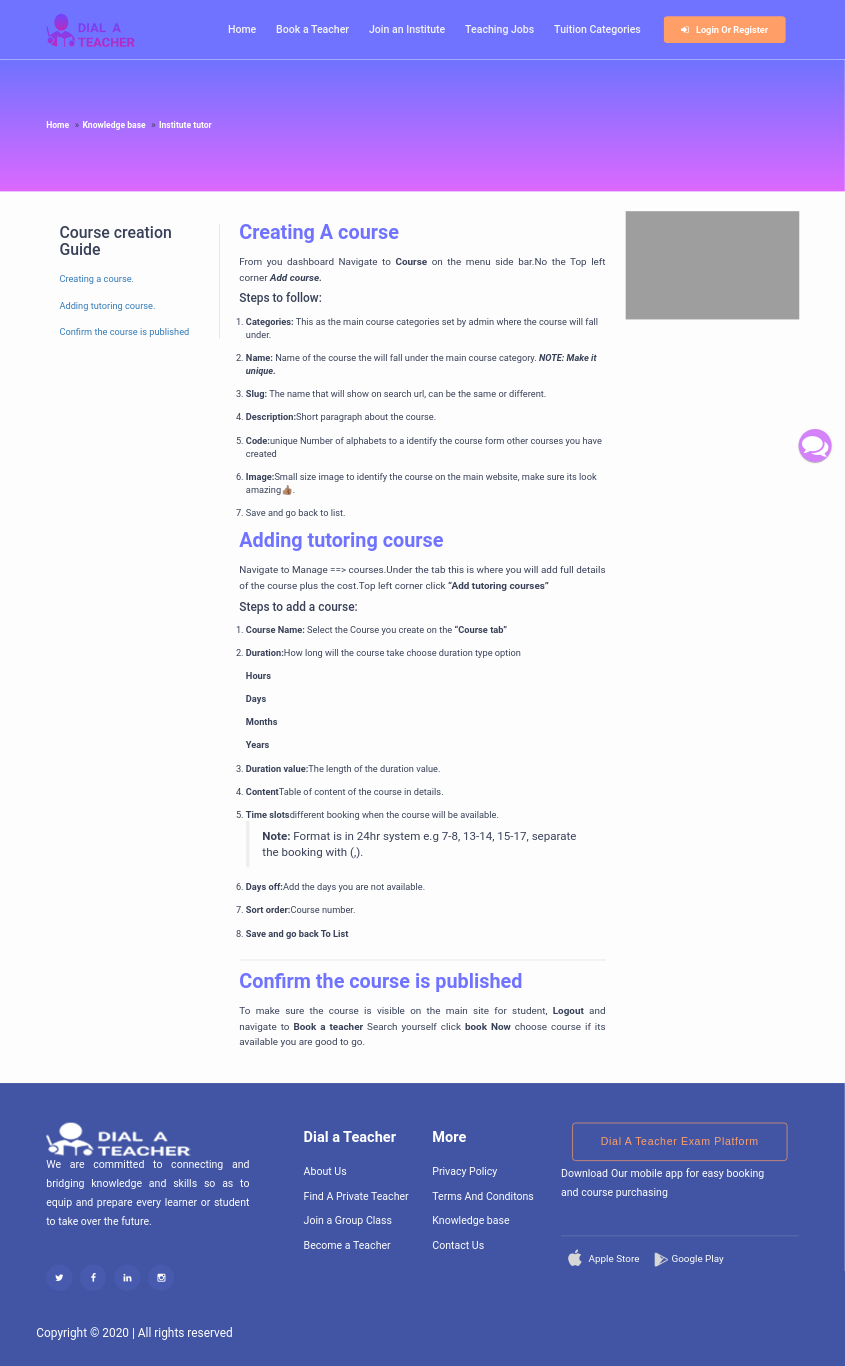
Repository: Samkiroko/DAT_knowledge
Page: knowledge_base/Institute_tutor.html
An editor plug-in stored every save of this project. The page is shown before and after the next save, followed by the edit.
The browser window is 1280 px wide. The pictures show the whole page, at 66% of full size.
Pictures or frames that could not be fetched are drawn as grey boxes.

Above is the page before, as saved 2020-12-18 13:12:05.
Console error: TypeError: e.indexOf is not a function

After the next save:
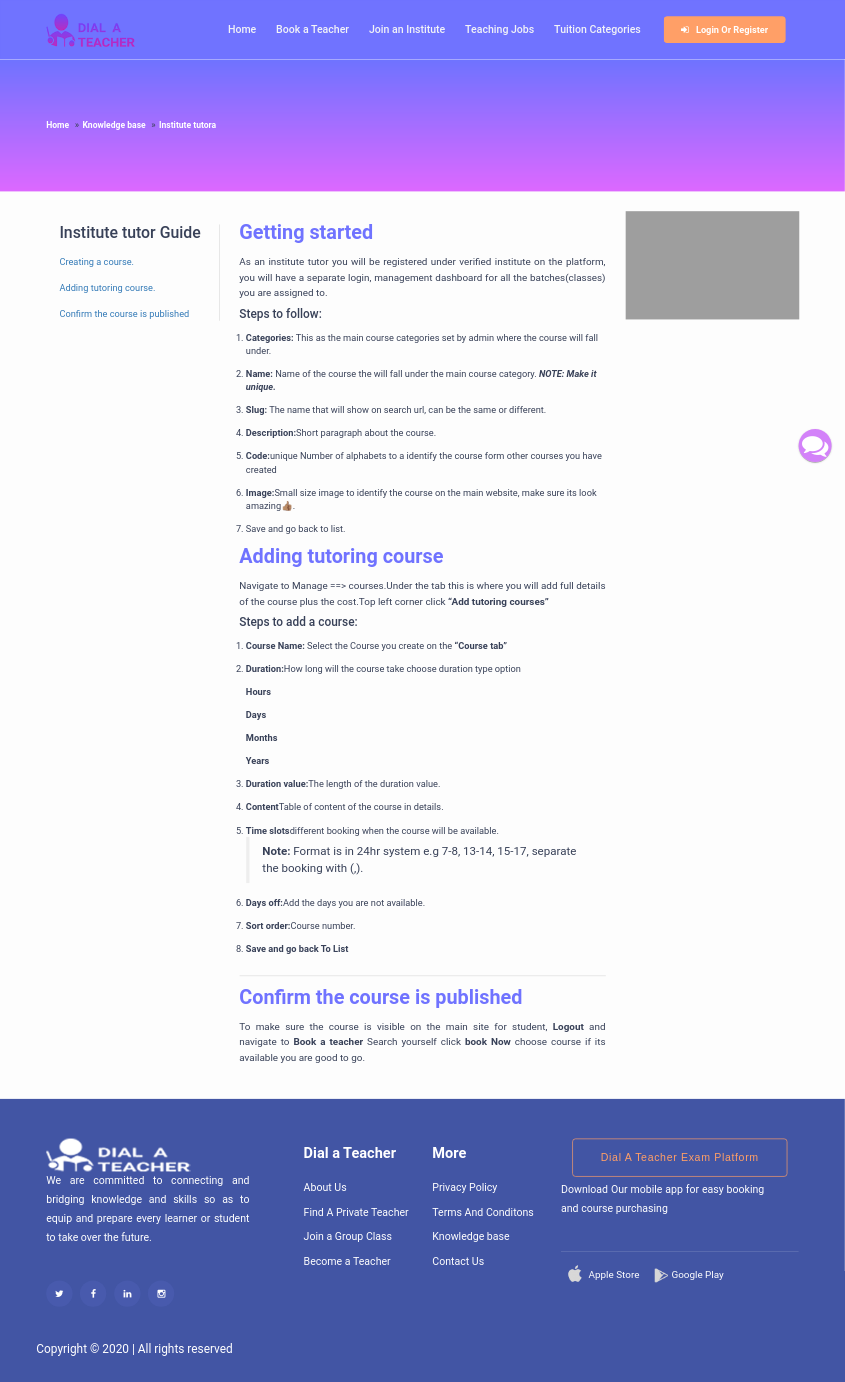
Saved 92 min 40 s later.
--- a/knowledge_base/Institute_tutor.html
+++ b/knowledge_base/Institute_tutor.html
@@ -106,7 +106,7 @@
                       </li>
                       <li class="breadcrumb-item"><a href="/faqs.html" class="text-white">Knowledge base</a></li>
                       <li class="breadcrumb-item"><a href="/knowledge_base/Institute_tutor.html"
-                          class="text-white">Institute tutor</a>
+                          class="text-white">Institute tutora</a>
                       </li>
                     </ol>
                   </nav>
@@ -129,7 +129,7 @@
           <div class="row">
             <div class="col-lg-3 col-md-3 col-sm-3 col-xs-12 position-sticky">
               <div class="mwb-admin-wrap__category-list">
-                <h3>Course creation Guide</h3>
+                <h3>Institute tutor Guide</h3>
                 <ul class="mwb-admin-wrap__list-items">
                   <li class="mwb-admin-wrap__items">
                     <a href="#sec1">Creating a course.</a>
@@ -146,9 +146,10 @@
             <div class="col-lg-6 col-md-6 col-sm-6 col-xs-12">
 
               <div class="mwb-article-section__content-wrap" id="sec1">
-                <h2>Creating A course </h2>
-                <p>From you dashboard Navigate to <b>Course</b> on the menu side bar.No the Top left
-                  corner <b><i>Add course.</i></b>
+                <h2>Getting started </h2>
+                <p>As an institute tutor you will be registered under verified institute on the
+                platform, you will have
+                  a separate login, management dashboard for all the batches(classes) you are assigned to.</i></b>
                 <h4>Steps to follow:</h4>
                 <ol class="mwb-article-section__ordr-list">
                   <li> <b>Categories:</b> This as the main course categories set by admin where the
